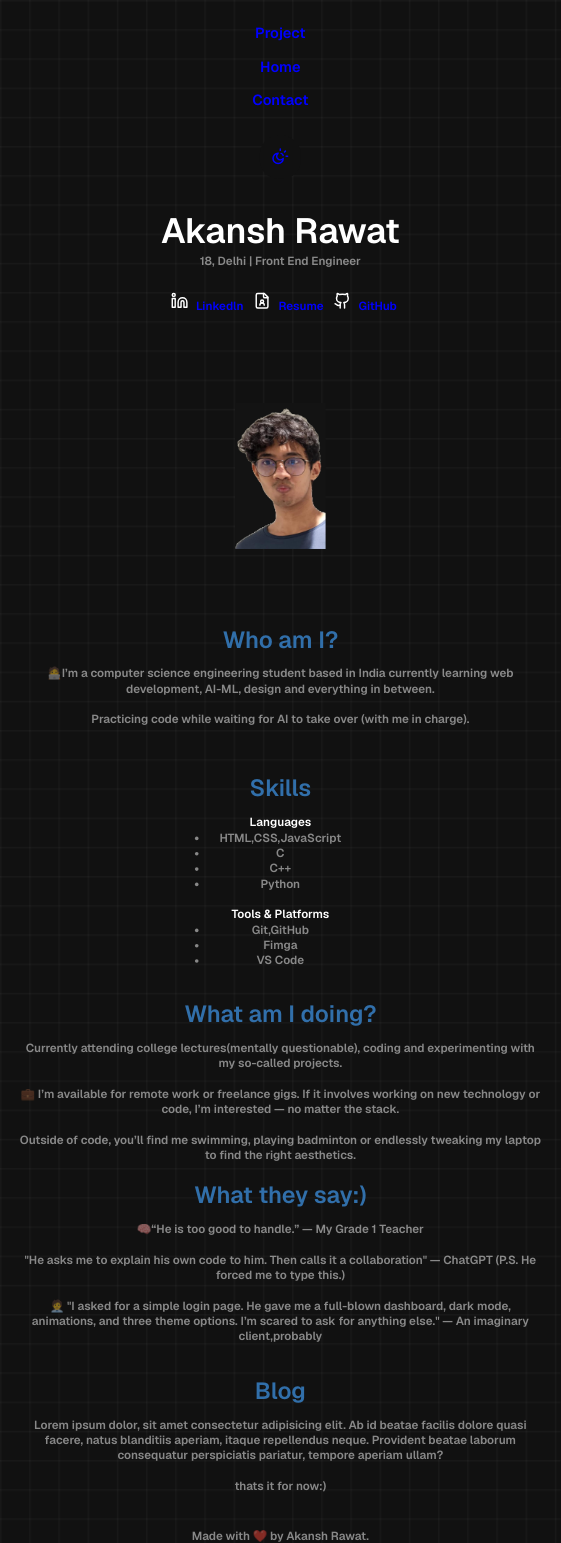
Repository: wakkawakka3/akansh-portfolio
Page: index.html
An editor plug-in stored every save of this project. The page is shown before and after a run of saves, followed by the edit.
The browser window is 768 px wide. The pictures show the whole page, at 73% of full size.

Above is the page before, as saved 2025-07-14 18:44:47.

After the next 2 saves:
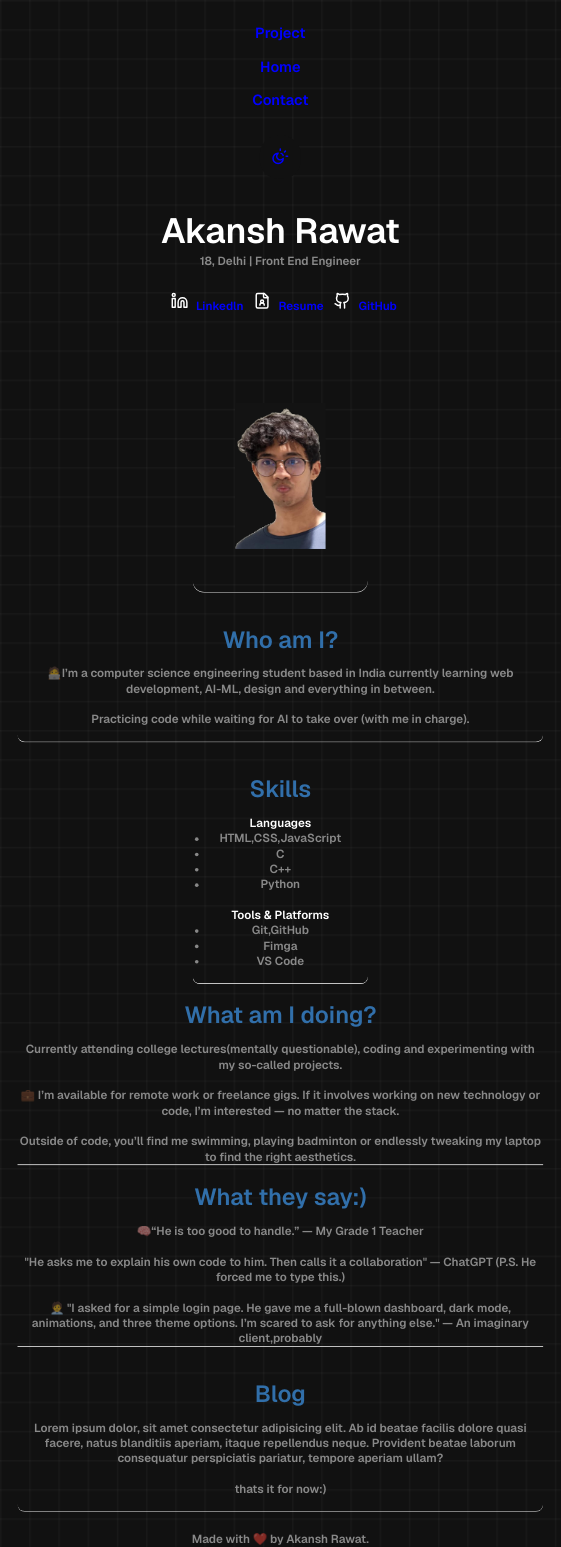
The 2 saves are shown as one change because they came seconds apart.
The last was saved 10 s later.
--- a/style.css
+++ b/style.css
@@ -195,8 +195,8 @@ button {
   .working,
   .testimonial,
   .blog {
+    border: none;
     border-bottom: 1px solid #fff;
-    border: none;
     max-width: 100%;
     min-height: auto;
     background-color: transparent;
